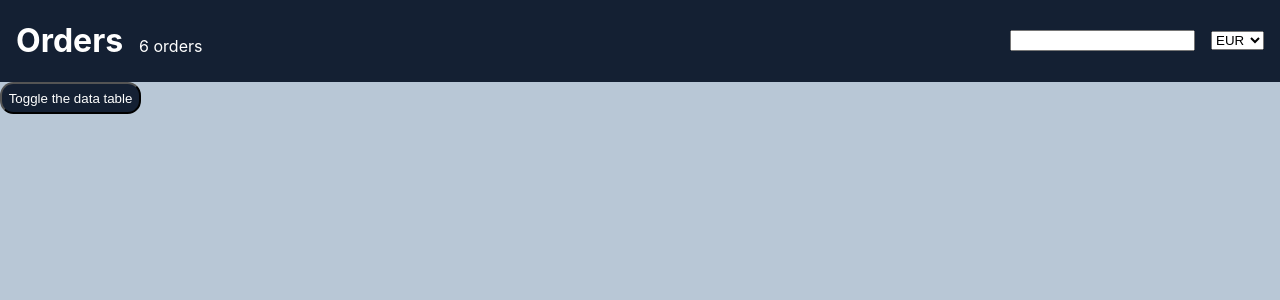
Repository: PreetiToppo/Assignment_Question_1
Page: /
The author's editor kept a copy of each file at every save. The page is drawn from the files as they stood at one save, then again after the next save.
The browser window is 1280 px wide. The pictures show the whole page.
The project was rebuilt for these pictures with package versions that can differ from the ones it lists, and the page was loaded fresh each time. Also part of the build but not shown: src/component/list/ListRow.module.css, src/component/list/ListRow.jsx, src/component/list/ListRowCell.module.css, src/component/list/ListRowCell.jsx, src/component/list/ListHeader.jsx, src/component/list/ListHeaderCell.module.css, src/component/list/ListHeaderCell.jsx, src/component/list/List.module.css and 4 more.

Above is the page before, as saved 2023-08-06 13:27:59.

### src/pages/Dashboard.jsx
import { useState } from "react";

// Data
import mockData from "../assets/data.json";
import timestamps from "../assets/timeStamps.json";

// Components
import Dropdown from "../component/dropdown/Dropdown";
import HeaderTitle from "../component/header-title/HeaderTitle";
import Search from "../component/search/Search";
import List from "../component/list/List";
import StoryBookButton from "../stories/Button";

// Styles
import styles from "./Dashboard.module.css";
import Card from "../component/card/Card";

const Dashboard = () => {
  const [currency, setCurrency] = useState("EUR");
  const [searchText, setSearchText] = useState("");
  const [selectedOrder, setSelectedOrder] = useState(null);
  const [selectedOrderDetails, setSelectedOrderDetails] = useState({});
  const [selectedOrderTimeStamps, setSelectedOrderTimeStamps] = useState({});
  const [showPage, setShowPage] = useState(false);

  const mergedData = mockData.results.map((order, index) => {
    const timestampsData = timestamps.results[index]?.timestamps;
    if (timestampsData) {
      return { ...order, timestamps: timestampsData };
    }
    return order;
  });

  const handleClick = (order) => {
    setSelectedOrder(order);
    setSelectedOrderDetails({
      buySellIndicator: order.executionDetails.buySellIndicator,
      orderStatus: order.executionDetails.orderStatus,
      orderType: order.executionDetails.orderType,
    });

    setSelectedOrderTimeStamps({
      orderReceived: order.timestamps.orderReceived,
      orderStatusUpdated: order.timestamps.orderStatusUpdated,
      orderSubmitted: order.timestamps.orderSubmitted,
    });
  };

  const messageComponent = () => {
    setShowPage(!showPage);
  };

  return (
    <div>
      <div className={styles.header}>
        <HeaderTitle
          primaryTitle="Orders"
          secondaryTitle={`${mockData.results.length}
          orders`}
        />
        <div className={styles.actionBox}>
          <Search
            value={searchText}
            onChange={(e) => setSearchText(e.target.value)}
          />
          <Dropdown
            options={[
              "GBP",
              "USD",
              "JPY",
              "EUR",
              "AUD",
              "BGN",
              "BRL",
              "CAD",
              "CHF",
              "CNY",
              "DKK",
              "HKD",
              "HRK",
              "HUF",
              "IDR",
              "ILS",
              "KRW",
              "MXN",
              "MYR",
              "NOL",
              "NZD",
              "PHP",
              "PLN",
              "RON",
              "SEK",
              "SGD",
              "THB",
              "TRY",
              "ZAR",
            ]}
            onChange={(e) => setCurrency(e.target.value)}
            selectedItem={currency}
          />
        </div>
      </div>
      {showPage && (
        <div className={styles.content}>
          <div className={styles.section}>
            {selectedOrder && (
              <>
                <Card
                  cardData={selectedOrderDetails}
                  title="Selected Order Details"
                />
                <Card
                  cardData={selectedOrderTimeStamps}
                  title="Selected Order Timestamps"
                />
              </>
            )}
          </div>
          <List
            rows={mergedData}
            currency={currency}
            search={searchText}
            onItemClick={handleClick}
          />
        </div>
      )}
      <div>
        <StoryBookButton
          className={styles.toggleButton}
          primary={false}
          size="large"
          label="Toggle the data table"
          onClick={messageComponent}
        />
      </div>
    </div>
  );
};

export default Dashboard;

### src/assets/data.json
{
  "header": {
    "returnedHits": 6,
    "totalHits": 151839,
    "skippedHits": 0,
    "previousSearchBefore": null,
    "nextSearchAfter": "WzE2Njc1NzU1NjAwMDBd",
    "offset": null
  },
  "results": [
    {
      "&hash": "f29403974dbdc9ce054b879d572610359a9f3d2d2531df63df8233a2ea879c78",
      "&id": "SE|20221104|179|9:1:NEWO",
      "&key": "Order:SE|20221104|179|9:1:NEWO:1667901986951",
      "&model": "Order",
      "executionDetails": {
        "buySellIndicator": "BUYI",
        "orderStatus": "NEWO",
        "orderType": "Market"
      },
      "statsDetails": {
        "avgVsArrivalPrice": 0.0,
        "avgArrivalPrice": 0.0,
        "avgVsMktPrice": 0.0,
        "avgMktPrice": 0.0,
        "avgVsBidAskSpread": 0.0,
        "avgBidAskSpread": 0.0,
        "avgVsClosePrice": 0.0,
        "avgClosePrice": 0.0,
        "avgVsInternalTwap": 0.0,
        "avgInternalTwap": 0.0,
        "avgVsInternalVwap": 0.0,
        "avgInternalVwap": 0.0,
        "avgVsMidPrice": 0.0,
        "avgMidPrice": 0.0,
        "avgVsMovingVwap": 0.0,
        "avgMovingVwap": 0.0,
        "avgVsTouchPrice": 0.0,
        "avgTouchPrice": 0.0,
        "avgVsOpenPrice": 0.0,
        "avgOpenPrice": 0.0,
        "avgVsVwap": 0.0,
        "avgVwap": 0.0,
        "avgPrice": 91.369091993762,
        "tradedQuantity": 195875.0,
        "amends": 0,
        "fills": 1,
        "lifeCycle": 1,
        "lastFillTime": 1667575741000
      },
      "bestExecutionData": {
        "orderVolume": {
          "AUD": 27757268.61955961,
          "BGN": 35456642.91433263,
          "BRL": 90068357.36117567,
          "CAD": 24203990.159998715,
          "CHF": 17880604.819718923,
          "CNY": 128523532.2000561,
          "CZK": 442745747.64998025,
          "DKK": 134913994.73574597,
          "EUR": 18128971.732453536,
          "GBP": 15858861.892115705,
          "HKD": 140486840.6463022,
          "HRK": 136607240.69555715,
          "HUF": 7272437010.473736,
          "IDR": 280850585574.541,
          "ILS": 63569239.379848324,
          "INR": 1468809289.7633855,
          "JPY": 2632145405.834929,
          "KRW": 25338863790.45031,
          "MXN": 349183937.43596077,
          "MYR": 84974116.30435622,
          "NOK": 184949956.71731773,
          "NZD": 30400472.698151335,
          "PHP": 1045534057.7540603,
          "PLN": 84888910.13721369,
          "RON": 88637981.49148509,
          "SEK": 196768233.3897042,
          "SGD": 25182954.633551206,
          "THB": 669067830.7579302,
          "TRY": 333292080.815292,
          "USD": 17896920.89427813,
          "ZAR": 322664877.5857278
        }
      },
      "transactionDetails": {
        "buySellIndicator": "BUYI",
        "priceCurrency": "USD",
        "priceNotation": "MONE",
        "quantityCurrency": "USD",
        "quantityNotation": "UNIT",
        "tradingCapacity": "AOTC",
        "ultimateVenue": "XNGS",
        "venue": "XNGS"
      }
    },
    {
      "&hash": "f29403974dbdc9ce054b879d572610359a9f3d2d2531df63df8233a2ea879c78",
      "&id": "SE|20221104|180|9:1:NEWO",
      "&key": "Order:SE|20221104|180|9:1:NEWO:1667901986951",
      "&model": "Order",
      "executionDetails": {
        "buySellIndicator": "BUYI",
        "orderStatus": "NEWO",
        "orderType": "Market"
      },
      "statsDetails": {
        "avgVsArrivalPrice": 0.0,
        "avgArrivalPrice": 0.0,
        "avgVsMktPrice": 0.0,
        "avgMktPrice": 0.0,
        "avgVsBidAskSpread": 0.0,
        "avgBidAskSpread": 0.0,
        "avgVsClosePrice": 0.0,
        "avgClosePrice": 0.0,
        "avgVsInternalTwap": 0.0,
        "avgInternalTwap": 0.0,
        "avgVsInternalVwap": 0.0,
        "avgInternalVwap": 0.0,
        "avgVsMidPrice": 0.0,
        "avgMidPrice": 0.0,
        "avgVsMovingVwap": 0.0,
        "avgMovingVwap": 0.0,
        "avgVsTouchPrice": 0.0,
        "avgTouchPrice": 0.0,
        "avgVsOpenPrice": 0.0,
        "avgOpenPrice": 0.0,
        "avgVsVwap": 0.0,
        "avgVwap": 0.0,
        "avgPrice": 91.369091993762,
        "tradedQuantity": 195875.0,
        "amends": 0,
        "fills": 1,
        "lifeCycle": 1,
        "lastFillTime": 1667575741000
      },
      "bestExecutionData": {
        "orderVolume": {
          "AUD": 27757268.61955961,
          "BGN": 35456642.91433263,
          "BRL": 90068357.36117567,
          "CAD": 24203990.159998715,
          "CHF": 17880604.819718923,
          "CNY": 128523532.2000561,
          "CZK": 442745747.64998025,
          "DKK": 134913994.73574597,
          "EUR": 18128971.732453536,
          "GBP": 15858861.892115705,
          "HKD": 140486840.6463022,
          "HRK": 136607240.69555715,
          "HUF": 7272437010.473736,
          "IDR": 280850585574.541,
          "ILS": 63569239.379848324,
          "INR": 1468809289.7633855,
          "JPY": 2632145405.834929,
          "KRW": 25338863790.45031,
          "MXN": 349183937.43596077,
          "MYR": 84974116.30435622,
          "NOK": 184949956.71731773,
          "NZD": 30400472.698151335,
          "PHP": 1045534057.7540603,
          "PLN": 84888910.13721369,
          "RON": 88637981.49148509,
          "SEK": 196768233.3897042,
          "SGD": 25182954.633551206,
          "THB": 669067830.7579302,
          "TRY": 333292080.815292,
          "USD": 17896920.89427813,
          "ZAR": 322664877.5857278
        }
      },
      "transactionDetails": {
        "buySellIndicator": "BUYI",
        "priceCurrency": "USD",
        "priceNotation": "MONE",
        "quantityCurrency": "USD",
        "quantityNotation": "UNIT",
        "tradingCapacity": "AOTC",
        "ultimateVenue": "XNGS",
        "venue": "XNGS"
      }
    },
    {
      "&hash": "f29403974dbdc9ce054b879d572610359a9f3d2d2531df63df8233a2ea879c78",
      "&id": "SE|20221104|181|9:1:NEWO",
      "&key": "Order:SE|20221104|181|9:1:NEWO:1667901986951",
      "&model": "Order",
      "executionDetails": {
        "buySellIndicator": "BUYI",
        "orderStatus": "NEWO",
        "orderType": "Market"
      },
      "statsDetails": {
        "avgVsArrivalPrice": 0.0,
        "avgArrivalPrice": 0.0,
        "avgVsMktPrice": 0.0,
        "avgMktPrice": 0.0,
        "avgVsBidAskSpread": 0.0,
        "avgBidAskSpread": 0.0,
        "avgVsClosePrice": 0.0,
        "avgClosePrice": 0.0,
        "avgVsInternalTwap": 0.0,
        "avgInternalTwap": 0.0,
        "avgVsInternalVwap": 0.0,
        "avgInternalVwap": 0.0,
        "avgVsMidPrice": 0.0,
        "avgMidPrice": 0.0,
        "avgVsMovingVwap": 0.0,
        "avgMovingVwap": 0.0,
        "avgVsTouchPrice": 0.0,
        "avgTouchPrice": 0.0,
        "avgVsOpenPrice": 0.0,
        "avgOpenPrice": 0.0,
        "avgVsVwap": 0.0,
        "avgVwap": 0.0,
        "avgPrice": 91.369091993762,
        "tradedQuantity": 195875.0,
        "amends": 0,
        "fills": 1,
        "lifeCycle": 1,
        "lastFillTime": 1667575741000
      },
      "bestExecutionData": {
        "orderVolume": {
          "AUD": 27757268.61955961,
          "BGN": 35456642.91433263,
          "BRL": 90068357.36117567,
          "CAD": 24203990.159998715,
          "CHF": 17880604.819718923,
          "CNY": 128523532.2000561,
          "CZK": 442745747.64998025,
          "DKK": 134913994.73574597,
          "EUR": 18128971.732453536,
          "GBP": 15858861.892115705,
          "HKD": 140486840.6463022,
          "HRK": 136607240.69555715,
          "HUF": 7272437010.473736,
          "IDR": 280850585574.541,
          "ILS": 63569239.379848324,
          "INR": 1468809289.7633855,
          "JPY": 2632145405.834929,
          "KRW": 25338863790.45031,
          "MXN": 349183937.43596077,
          "MYR": 84974116.30435622,
          "NOK": 184949956.71731773,
          "NZD": 30400472.698151335,
          "PHP": 1045534057.7540603,
          "PLN": 84888910.13721369,
          "RON": 88637981.49148509,
          "SEK": 196768233.3897042,
          "SGD": 25182954.633551206,
          "THB": 669067830.7579302,
          "TRY": 333292080.815292,
          "USD": 17896920.89427813,
          "ZAR": 322664877.5857278
        }
      },
      "transactionDetails": {
        "buySellIndicator": "BUYI",
        "priceCurrency": "USD",
        "priceNotation": "MONE",
        "quantityCurrency": "USD",
        "quantityNotation": "UNIT",
        "tradingCapacity": "AOTC",
        "ultimateVenue": "XNGS",
        "venue": "XNGS"
      }
    },
    {
      "&hash": "f29403974dbdc9ce054b879d572610359a9f3d2d2531df63df8233a2ea879c78",
      "&id": "SE|20221104|182|9:1:NEWO",
      "&key": "Order:SE|20221104|182|9:1:NEWO:1667901986951",
      "&model": "Order",
      "executionDetails": {
        "buySellIndicator": "BUYI",
        "orderStatus": "NEWO",
        "orderType": "Market"
      },
      "statsDetails": {
        "avgVsArrivalPrice": 0.0,
        "avgArrivalPrice": 0.0,
        "avgVsMktPrice": 0.0,
        "avgMktPrice": 0.0,
        "avgVsBidAskSpread": 0.0,
        "avgBidAskSpread": 0.0,
        "avgVsClosePrice": 0.0,
        "avgClosePrice": 0.0,
        "avgVsInternalTwap": 0.0,
        "avgInternalTwap": 0.0,
        "avgVsInternalVwap": 0.0,
        "avgInternalVwap": 0.0,
        "avgVsMidPrice": 0.0,
        "avgMidPrice": 0.0,
        "avgVsMovingVwap": 0.0,
        "avgMovingVwap": 0.0,
        "avgVsTouchPrice": 0.0,
        "avgTouchPrice": 0.0,
        "avgVsOpenPrice": 0.0,
        "avgOpenPrice": 0.0,
        "avgVsVwap": 0.0,
        "avgVwap": 0.0,
        "avgPrice": 91.369091993762,
        "tradedQuantity": 195875.0,
        "amends": 0,
        "fills": 1,
        "lifeCycle": 1,
        "lastFillTime": 1667575741000
      },
      "bestExecutionData": {
        "orderVolume": {
          "AUD": 27757268.61955961,
          "BGN": 35456642.91433263,
          "BRL": 90068357.36117567,
          "CAD": 24203990.159998715,
          "CHF": 17880604.819718923,
          "CNY": 128523532.2000561,
          "CZK": 442745747.64998025,
          "DKK": 134913994.73574597,
          "EUR": 18128971.732453536,
          "GBP": 15858861.892115705,
          "HKD": 140486840.6463022,
          "HRK": 136607240.69555715,
          "HUF": 7272437010.473736,
          "IDR": 280850585574.541,
          "ILS": 63569239.379848324,
          "INR": 1468809289.7633855,
          "JPY": 2632145405.834929,
          "KRW": 25338863790.45031,
          "MXN": 349183937.43596077,
          "MYR": 84974116.30435622,
          "NOK": 184949956.71731773,
          "NZD": 30400472.698151335,
          "PHP": 1045534057.7540603,
          "PLN": 84888910.13721369,
          "RON": 88637981.49148509,
          "SEK": 196768233.3897042,
          "SGD": 25182954.633551206,
          "THB": 669067830.7579302,
          "TRY": 333292080.815292,
          "USD": 17896920.89427813,
          "ZAR": 322664877.5857278
        }
      },
      "transactionDetails": {
        "buySellIndicator": "BUYI",
        "priceCurrency": "USD",
        "priceNotation": "MONE",
        "quantityCurrency": "USD",
        "quantityNotation": "UNIT",
        "tradingCapacity": "AOTC",
        "ultimateVenue": "XNGS",
        "venue": "XNGS"
      }
    },
    {
      "&hash": "f29403974dbdc9ce054b879d572610359a9f3d2d2531df63df8233a2ea879c78",
      "&id": "SE|20221104|183|9:1:NEWO",
      "&key": "Order:SE|20221104|183|9:1:NEWO:1667901986951",
      "&model": "Order",
      "executionDetails": {
        "buySellIndicator": "BUYI",
        "orderStatus": "NEWO",
        "orderType": "Market"
      },
      "statsDetails": {
        "avgVsArrivalPrice": 0.0,
        "avgArrivalPrice": 0.0,
        "avgVsMktPrice": 0.0,
        "avgMktPrice": 0.0,
        "avgVsBidAskSpread": 0.0,
        "avgBidAskSpread": 0.0,
        "avgVsClosePrice": 0.0,
        "avgClosePrice": 0.0,
        "avgVsInternalTwap": 0.0,
        "avgInternalTwap": 0.0,
        "avgVsInternalVwap": 0.0,
        "avgInternalVwap": 0.0,
        "avgVsMidPrice": 0.0,
        "avgMidPrice": 0.0,
        "avgVsMovingVwap": 0.0,
        "avgMovingVwap": 0.0,
        "avgVsTouchPrice": 0.0,
        "avgTouchPrice": 0.0,
        "avgVsOpenPrice": 0.0,
        "avgOpenPrice": 0.0,
        "avgVsVwap": 0.0,
        "avgVwap": 0.0,
        "avgPrice": 91.369091993762,
        "tradedQuantity": 195875.0,
        "amends": 0,
        "fills": 1,
        "lifeCycle": 1,
        "lastFillTime": 1667575741000
      },
      "bestExecutionData": {
        "orderVolume": {
          "AUD": 27757268.61955961,
          "BGN": 35456642.91433263,
          "BRL": 90068357.36117567,
          "CAD": 24203990.159998715,
          "CHF": 17880604.819718923,
          "CNY": 128523532.2000561,
          "CZK": 442745747.64998025,
          "DKK": 134913994.73574597,
          "EUR": 18128971.732453536,
          "GBP": 15858861.892115705,
          "HKD": 140486840.6463022,
          "HRK": 136607240.69555715,
          "HUF": 7272437010.473736,
          "IDR": 280850585574.541,
          "ILS": 63569239.379848324,
          "INR": 1468809289.7633855,
          "JPY": 2632145405.834929,
          "KRW": 25338863790.45031,
          "MXN": 349183937.43596077,
          "MYR": 84974116.30435622,
          "NOK": 184949956.71731773,
          "NZD": 30400472.698151335,
          "PHP": 1045534057.7540603,
          "PLN": 84888910.13721369,
          "RON": 88637981.49148509,
          "SEK": 196768233.3897042,
          "SGD": 25182954.633551206,
          "THB": 669067830.7579302,
          "TRY": 333292080.815292,
          "USD": 17896920.89427813,
          "ZAR": 322664877.5857278
        }
      },
      "transactionDetails": {
        "buySellIndicator": "BUYI",
        "priceCurrency": "USD",
        "priceNotation": "MONE",
        "quantityCurrency": "USD",
        "quantityNotation": "UNIT",
        "tradingCapacity": "AOTC",
        "ultimateVenue": "XNGS",
        "venue": "XNGS"
      }
    },
    {
      "&hash": "f29403974dbdc9ce054b879d572610359a9f3d2d2531df63df8233a2ea879c78",
      "&id": "SE|202211454|184|9:1:NEWO",
      "&key": "Order:SE|20221104|184|9:1:NEWO:1667901986951",
      "&model": "Order",
      "executionDetails": {
        "buySellIndicator": "SELL",
        "orderStatus": "NEWO",
        "orderType": "Market"
      },
      "statsDetails": {
        "avgVsArrivalPrice": 0.0,
        "avgArrivalPrice": 0.0,
        "avgVsMktPrice": 0.0,
        "avgMktPrice": 0.0,
        "avgVsBidAskSpread": 0.0,
        "avgBidAskSpread": 0.0,
        "avgVsClosePrice": 0.0,
        "avgClosePrice": 0.0,
        "avgVsInternalTwap": 0.0,
        "avgInternalTwap": 0.0,
        "avgVsInternalVwap": 0.0,
        "avgInternalVwap": 0.0,
        "avgVsMidPrice": 0.0,
        "avgMidPrice": 0.0,
        "avgVsMovingVwap": 0.0,
        "avgMovingVwap": 0.0,
        "avgVsTouchPrice": 0.0,
        "avgTouchPrice": 0.0,
        "avgVsOpenPrice": 0.0,
        "avgOpenPrice": 0.0,
        "avgVsVwap": 0.0,
        "avgVwap": 0.0,
        "avgPrice": 91.369091993762,
        "tradedQuantity": 195875.0,
        "amends": 0,
        "fills": 1,
        "lifeCycle": 1,
        "lastFillTime": 1667575741000
      },
      "bestExecutionData": {
        "orderVolume": {
          "AUD": 27757268.61955961,
          "BGN": 35456642.91433263,
          "BRL": 90068357.36117567,
          "CAD": 24203990.159998715,
          "CHF": 17880604.819718923,
          "CNY": 128523532.2000561,
          "CZK": 442745747.64998025,
          "DKK": 134913994.73574597,
          "EUR": 18128971.732453536,
          "GBP": 15858861.892115705,
          "HKD": 140486840.6463022,
          "HRK": 136607240.69555715,
          "HUF": 7272437010.473736,
          "IDR": 280850585574.541,
          "ILS": 63569239.379848324,
          "INR": 1468809289.7633855,
          "JPY": 2632145405.834929,
          "KRW": 25338863790.45031,
          "MXN": 349183937.43596077,
          "MYR": 84974116.30435622,
          "NOK": 184949956.71731773,
          "NZD": 30400472.698151335,
          "PHP": 1045534057.7540603,
          "PLN": 84888910.13721369,
          "RON": 88637981.49148509,
          "SEK": 196768233.3897042,
          "SGD": 25182954.633551206,
          "THB": 669067830.7579302,
          "TRY": 333292080.815292,
          "USD": 17896920.89427813,
          "ZAR": 322664877.5857278
        }
      },
      "transactionDetails": {
        "buySellIndicator": "BUYI",
        "priceCurrency": "USD",
        "priceNotation": "MONE",
        "quantityCurrency": "USD",
        "quantityNotation": "UNIT",
        "tradingCapacity": "AOTC",
        "ultimateVenue": "XNGS",
        "venue": "XNGS"
      }
    }
  ]
}

### src/assets/timeStamps.json
{
  "results": [
    {
      "&id": "SE|20221104|179|9:1:NEWO",
      "timestamps": {
        "orderReceived": "2022-11-04T15:29:00Z",
        "orderStatusUpdated": "2022-11-04T15:29:00Z",
        "orderSubmitted": "2022-11-04T15:29:00Z"
      }
    },
    {
      "&id": "SE|20221104|180|9:1:NEWO",
      "timestamps": {
        "orderReceived": "2022-11-04T15:29:00Z",
        "orderStatusUpdated": "2022-11-04T15:29:00Z",
        "orderSubmitted": "2022-11-04T15:29:00Z"
      }
    },
    {
      "&id": "SE|20221104|181|9:1:NEWO",
      "timestamps": {
        "orderReceived": "2022-11-04T15:29:00Z",
        "orderStatusUpdated": "2022-11-04T15:29:00Z",
        "orderSubmitted": "2022-11-04T15:29:00Z"
      }
    },
    {
      "&id": "SE|20221104|182|9:1:NEWO",
      "timestamps": {
        "orderReceived": "2022-11-04T15:29:00Z",
        "orderStatusUpdated": "2022-11-04T15:29:00Z",
        "orderSubmitted": "2022-11-04T15:29:00Z"
      }
    },
    {
      "&id": "SE|20221104|183|9:1:NEWO",
      "timestamps": {
        "orderReceived": "2022-11-04T15:29:00Z",
        "orderStatusUpdated": "2022-11-04T15:29:00Z",
        "orderSubmitted": "2022-11-04T15:29:00Z"
      }
    },
    {
      "&id": "SE|202211454|184|9:1:NEWO",
      "timestamps": {
        "orderReceived": "2022-11-04T15:29:00Z",
        "orderStatusUpdated": "2022-11-04T15:29:00Z",
        "orderSubmitted": "2022-11-04T15:29:00Z"
      }
    }
  ]
}

### src/component/dropdown/Dropdown.jsx
const Dropdown = ({ options, onChange, selectedItem }) => {
  return (
    <select
      name="currency"
      id="currency"
      value={selectedItem}
      onChange={onChange}
    >
      {options.map((option) => (
        <option value={option} key={option}>
          {option}
        </option>
      ))}
    </select>
  );
};

export default Dropdown;

### src/component/search/Search.jsx
const Search = ({ searchText, onChange }) => {
  return <input type="text" value={searchText} onChange={onChange} />
}

export default Search

### src/stories/Button.jsx
import React from "react";
import PropTypes from "prop-types";
import "./button.css";

/**
 * Primary UI component for user interaction
 */
export const Button = ({ primary, backgroundColor, size, label, ...props }) => {
  const mode = primary
    ? "storybook-button--primary"
    : "storybook-button--secondary";
  return (
    <button
      type="button"
      className={["storybook-button", `storybook-button--${size}`, mode].join(
        " "
      )}
      style={backgroundColor && { backgroundColor }}
      {...props}
    >
      {label}
    </button>
  );
};

Button.propTypes = {
  /**
   * Is this the principal call to action on the page?
   */
  primary: PropTypes.bool,
  /**
   * What background color to use
   */
  backgroundColor: PropTypes.string,
  /**
   * How large should the button be?
   */
  size: PropTypes.oneOf(["small", "medium", "large"]),
  /**
   * Button contents
   */
  label: PropTypes.string.isRequired,
  /**
   * Optional click handler
   */
  onClick: PropTypes.func,
};

Button.defaultProps = {
  backgroundColor: null,
  primary: false,
  size: "medium",
  onClick: undefined,
};

export default Button;

### src/pages/Dashboard.module.css
.header {
  display: flex;
  padding: 0 1em;
  background-color: #142033;
  color: white;
  justify-content: space-between;
}

.actionBox {
  display: flex;
  justify-content: center;
  align-items: center;
  gap: 1em;
}

.content {
  display: flex;
  flex-direction: column;
  background-color: rgb(184, 199, 214);
  gap: 1em;
  margin: 1em;
}

.section {
  display: flex;
  flex-direction: row;
  gap: 1em;
}

.toggleButton {
  display: flex;
  justify-content: center;
  align-items: center;
  padding: 0.5em;
  background-color: #142033;
  color: white;
  border-radius: 1em;
}

Loaded but not shown: public/index.html (common file); src/index.js (common file); src/App.js (common file); src/reportWebVitals.js (common file); src/index.css (common file); src/component/header-title/HeaderTitle.jsx (common file); src/component/header-title/HeaderTitle.module.css (common file)

After the next save:
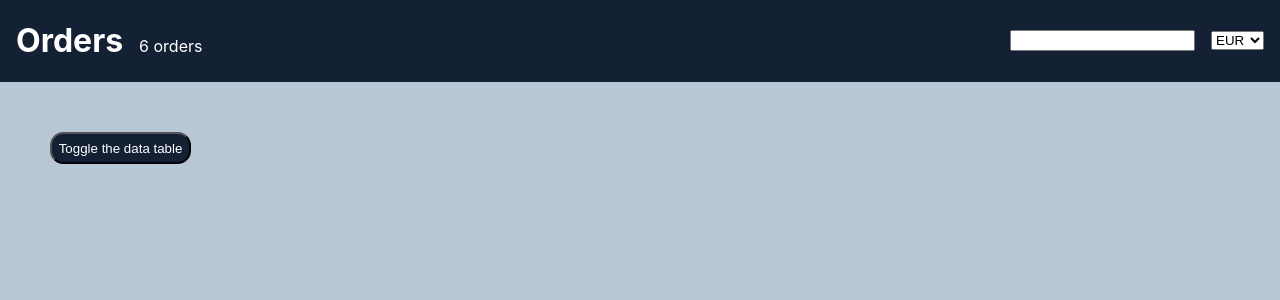
Saved 39 s later.
--- a/src/pages/Dashboard.module.css
+++ b/src/pages/Dashboard.module.css
@@ -35,4 +35,5 @@
   background-color: #142033;
   color: white;
   border-radius: 1em;
+  margin: 50px 50px;
 }
